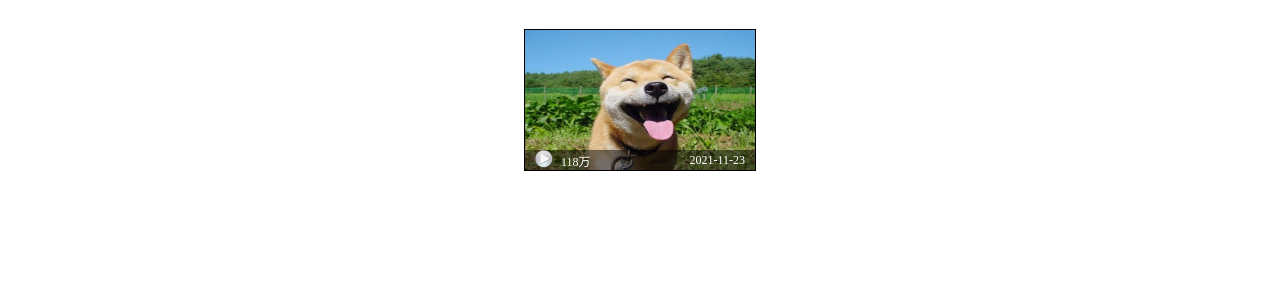
Repository: taoxiaofeng/hello-javascript
Page: master-class/position.html
These files come from the project's save history. The page is drawn as it stood at one moment and after the next save; the edit follows.
The browser window is 1280 px wide. The pictures show the whole page.
The pointer rests on the first visible `.item`.

Above is the page before, as saved 2024-07-29 23:05:26.

After the next save:
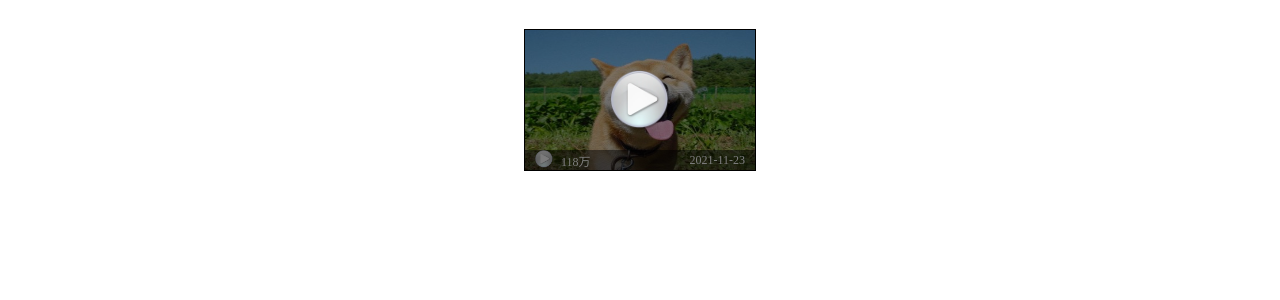
Saved 20 s later.
--- a/master-class/position.html
+++ b/master-class/position.html
@@ -130,6 +130,10 @@
       margin-left: -30px;
       margin-top: -30px;
     }
+
+    .item:hover .modal {
+      display: block;
+    }
   </style>
 </head>
 
